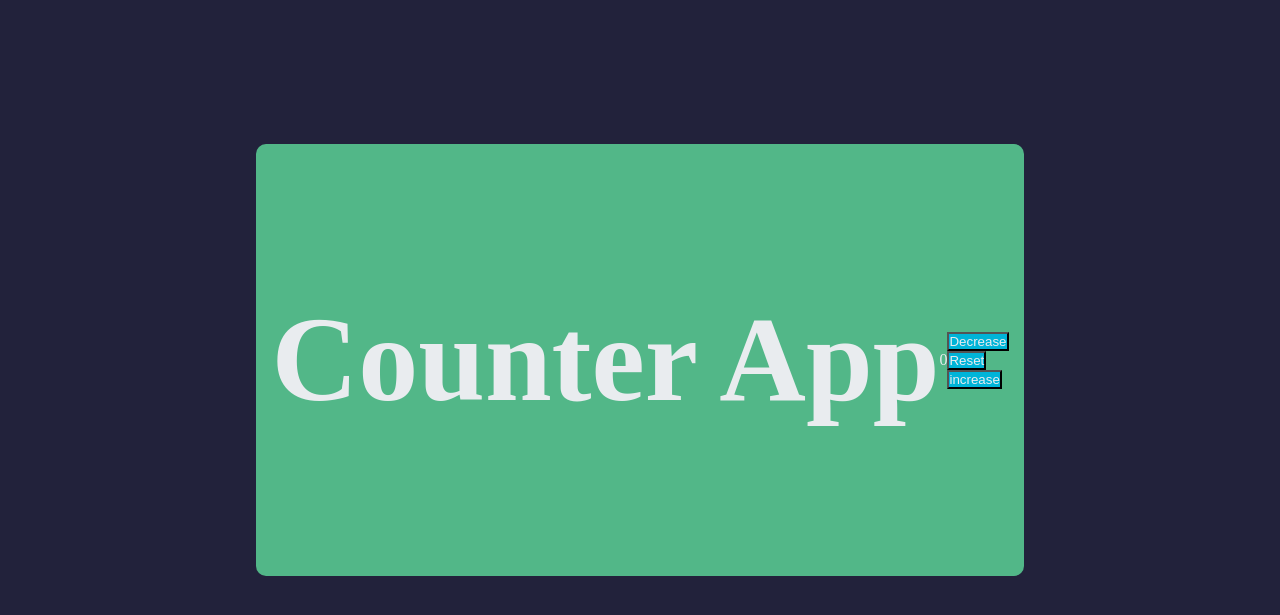
Repository: Yuukicoder/basicProject
Page: project2.html
The author's editor kept a copy of each file at every save. The page is drawn from the files as they stood at one save, then again after the next save.
The browser window is 1280 px wide. The pictures show the whole page.
Some web fonts or font styles are not loaded; a fallback is used.

Above is the page before, as saved 2023-02-24 17:07:18.

After the next save:
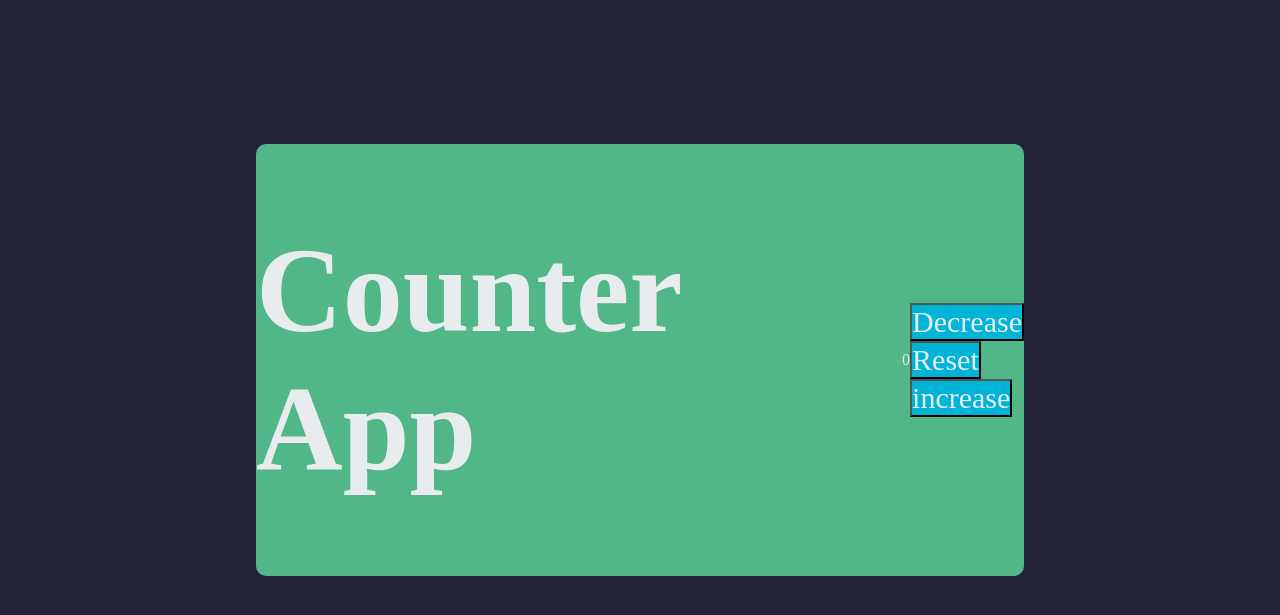
Saved 31 s later.
--- a/assets/css/project2.css
+++ b/assets/css/project2.css
@@ -42,4 +42,6 @@ button {
   display: block;
   background-color: var(--button);
   color: var(--text);
+  font-family: Arima;
+  font-size: 30px;
 }
